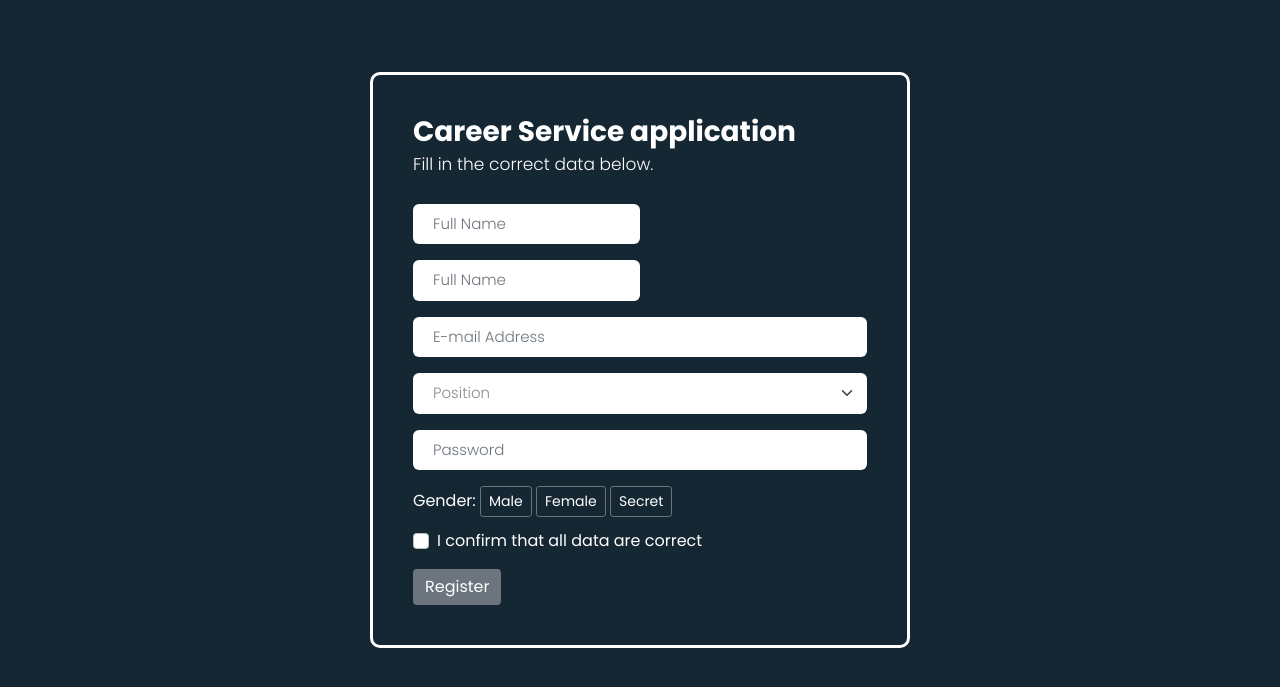
Repository: Samkiroko/form-assignment
Page: index.html
An editor plug-in stored every save of this project. The page is shown before and after the next save, followed by the edit.
The browser window is 1280 px wide. The pictures show the whole page.

Above is the page before, as saved 2022-12-03 18:31:37.

### index.html
<!DOCTYPE html>
<html lang="en" >
<head>
  <meta charset="UTF-8">
  <title>Career Service application</title>
  <link rel='stylesheet' href='https://cdn.jsdelivr.net/npm/bootstrap@5.0.0-beta2/dist/css/bootstrap.min.css'><link rel="stylesheet" href="./style.css">

</head>
<body>
<!-- partial:index.partial.html -->
<div class="form-body">
        <div class="row">
            <div class="form-holder">
                <div class="form-content">
                    <div class="form-items">
                        <h3>Career Service application</h3>
                        <p>Fill in the correct data below.</p>
                        <form class="requires-validation" novalidate>

                            <div class="col-6">
                               <input class="form-control" type="text" name="name" placeholder="Full Name" required>
                               <div class="valid-feedback">Username field is valid!</div>
                               <div class="invalid-feedback">Username field cannot be blank!</div>
                            </div>
                            <div class="col-6">
                               <input class="form-control" type="text" name="name" placeholder="Full Name" required>
                               <div class="valid-feedback">Username field is valid!</div>
                               <div class="invalid-feedback">Username field cannot be blank!</div>
                            </div>

                            <div class="col-md-12">
                                <input class="form-control" type="email" name="email" placeholder="E-mail Address" required>
                                 <div class="valid-feedback">Email field is valid!</div>
                                 <div class="invalid-feedback">Email field cannot be blank!</div>
                            </div>

                           <div class="col-md-12">
                                <select class="form-select mt-3" required>
                                      <option selected disabled value="">Position</option>
                                      <option value="jweb">Junior Web Developer</option>
                                      <option value="sweb">Senior Web Developer</option>
                                      <option value="pmanager">Project Manager</option>
                               </select>
                                <div class="valid-feedback">You selected a position!</div>
                                <div class="invalid-feedback">Please select a position!</div>
                           </div>


                           <div class="col-md-12">
                              <input class="form-control" type="password" name="password" placeholder="Password" required>
                               <div class="valid-feedback">Password field is valid!</div>
                               <div class="invalid-feedback">Password field cannot be blank!</div>
                           </div>


                           <div class="col-md-12 mt-3">
                            <label class="mb-3 mr-1" for="gender">Gender: </label>

                            <input type="radio" class="btn-check" name="gender" id="male" autocomplete="off" required>
                            <label class="btn btn-sm btn-outline-secondary" for="male">Male</label>

                            <input type="radio" class="btn-check" name="gender" id="female" autocomplete="off" required>
                            <label class="btn btn-sm btn-outline-secondary" for="female">Female</label>

                            <input type="radio" class="btn-check" name="gender" id="secret" autocomplete="off" required>
                            <label class="btn btn-sm btn-outline-secondary" for="secret">Secret</label>
                               <div class="valid-feedback mv-up">You selected a gender!</div>
                                <div class="invalid-feedback mv-up">Please select a gender!</div>
                            </div>

                        <div class="form-check">
                          <input class="form-check-input" type="checkbox" value="" id="invalidCheck" required>
                          <label class="form-check-label">I confirm that all data are correct</label>
                         <div class="invalid-feedback">Please confirm that the entered data are all correct!</div>
                        </div>


                            <div class="form-button mt-3">
                                <button id="submit" type="submit" class="btn btn-primary">Register</button>
                            </div>
                        </form>
                    </div>
                </div>
            </div>
        </div>
    </div>
<!-- partial -->
  <script  src="./script.js"></script>

</body>
</html>

### style.css
@import url('https://fonts.googleapis.com/css2?family=Poppins:wght@300;400;500;700;900&display=swap');

*,
body {
  font-family: 'Poppins', sans-serif;
  font-weight: 400;
  -webkit-font-smoothing: antialiased;
  text-rendering: optimizeLegibility;
  -moz-osx-font-smoothing: grayscale;
}

html,
body {
  height: 100%;
  background-color: #152733;
  overflow: hidden;
}

.form-holder {
  display: flex;
  flex-direction: column;
  justify-content: center;
  align-items: center;
  text-align: center;
  min-height: 100vh;
}

.form-holder .form-content {
  position: relative;
  text-align: center;
  display: -webkit-box;
  display: -moz-box;
  display: -ms-flexbox;
  display: -webkit-flex;
  display: flex;
  -webkit-justify-content: center;
  justify-content: center;
  -webkit-align-items: center;
  align-items: center;
  padding: 60px;
}

.form-content .form-items {
  border: 3px solid #fff;
  padding: 40px;
  display: inline-block;
  width: 100%;
  min-width: 540px;
  -webkit-border-radius: 10px;
  -moz-border-radius: 10px;
  border-radius: 10px;
  text-align: left;
  -webkit-transition: all 0.4s ease;
  transition: all 0.4s ease;
}

.form-content h3 {
  color: #fff;
  text-align: left;
  font-size: 28px;
  font-weight: 600;
  margin-bottom: 5px;
}

.form-content h3.form-title {
  margin-bottom: 30px;
}

.form-content p {
  color: #fff;
  text-align: left;
  font-size: 17px;
  font-weight: 300;
  line-height: 20px;
  margin-bottom: 30px;
}

.form-content label,
.was-validated .form-check-input:invalid ~ .form-check-label,
.was-validated .form-check-input:valid ~ .form-check-label {
  color: #fff;
}

.form-content input[type='text'],
.form-content input[type='password'],
.form-content input[type='email'],
.form-content select {
  width: 100%;
  padding: 9px 20px;
  text-align: left;
  border: 0;
  outline: 0;
  border-radius: 6px;
  background-color: #fff;
  font-size: 15px;
  font-weight: 300;
  color: #8d8d8d;
  -webkit-transition: all 0.3s ease;
  transition: all 0.3s ease;
  margin-top: 16px;
}

.btn-primary {
  background-color: #6c757d;
  outline: none;
  border: 0px;
  box-shadow: none;
}

.btn-primary:hover,
.btn-primary:focus,
.btn-primary:active {
  background-color: #495056;
  outline: none !important;
  border: none !important;
  box-shadow: none;
}

.form-content textarea {
  position: static !important;
  width: 100%;
  padding: 8px 20px;
  border-radius: 6px;
  text-align: left;
  background-color: #fff;
  border: 0;
  font-size: 15px;
  font-weight: 300;
  color: #8d8d8d;
  outline: none;
  resize: none;
  height: 120px;
  -webkit-transition: none;
  transition: none;
  margin-bottom: 14px;
}

.form-content textarea:hover,
.form-content textarea:focus {
  border: 0;
  background-color: #ebeff8;
  color: #8d8d8d;
}

.mv-up {
  margin-top: -9px !important;
  margin-bottom: 8px !important;
}

.invalid-feedback {
  color: #ff606e;
}

.valid-feedback {
  color: #2acc80;
}

### script.js
(function () {
'use strict'
const forms = document.querySelectorAll('.requires-validation')
Array.from(forms)
  .forEach(function (form) {
    form.addEventListener('submit', function (event) {
      if (!form.checkValidity()) {
        event.preventDefault()
        event.stopPropagation()
      }

      form.classList.add('was-validated')
    }, false)
  })
})()

After the next save:
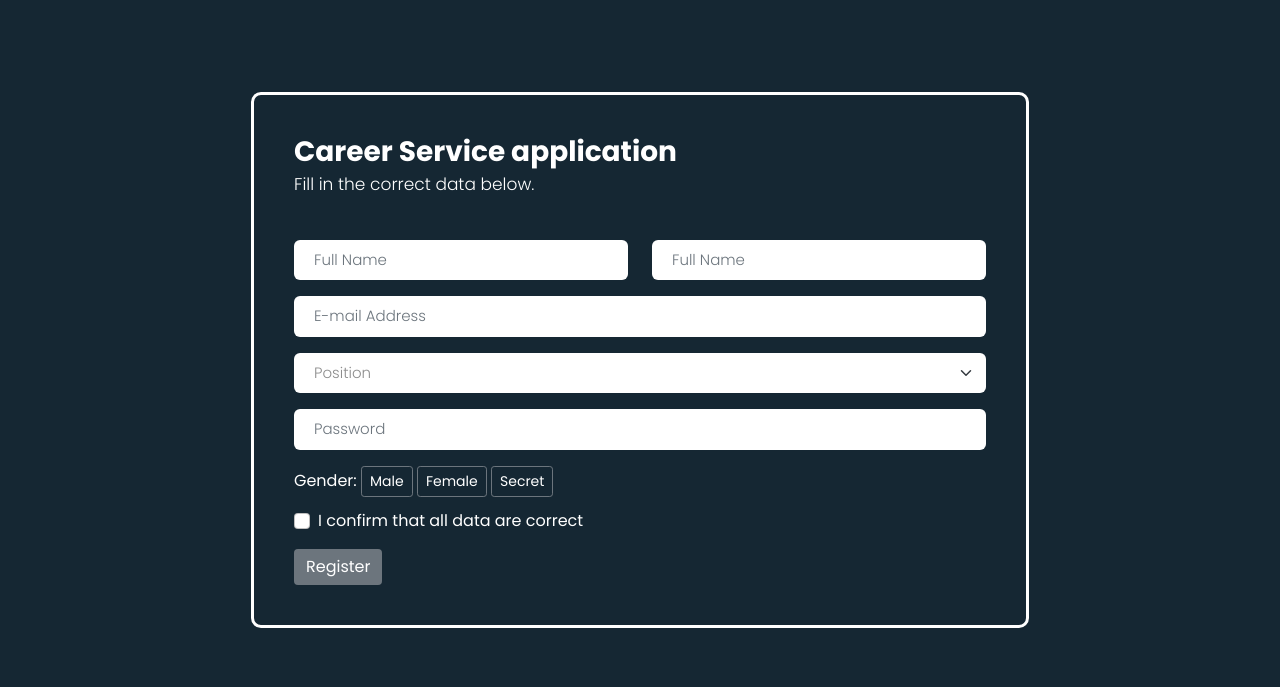
Saved 83 s later.
--- a/index.html
+++ b/index.html
@@ -16,8 +16,8 @@
                         <h3>Career Service application</h3>
                         <p>Fill in the correct data below.</p>
                         <form class="requires-validation" novalidate>
-
-                            <div class="col-6">
+                            <div class="row">
+                                 <div class="col-6">
                                <input class="form-control" type="text" name="name" placeholder="Full Name" required>
                                <div class="valid-feedback">Username field is valid!</div>
                                <div class="invalid-feedback">Username field cannot be blank!</div>
@@ -27,6 +27,9 @@
                                <div class="valid-feedback">Username field is valid!</div>
                                <div class="invalid-feedback">Username field cannot be blank!</div>
                             </div>
+                            </div>
+
+
 
                             <div class="col-md-12">
                                 <input class="form-control" type="email" name="email" placeholder="E-mail Address" required>
